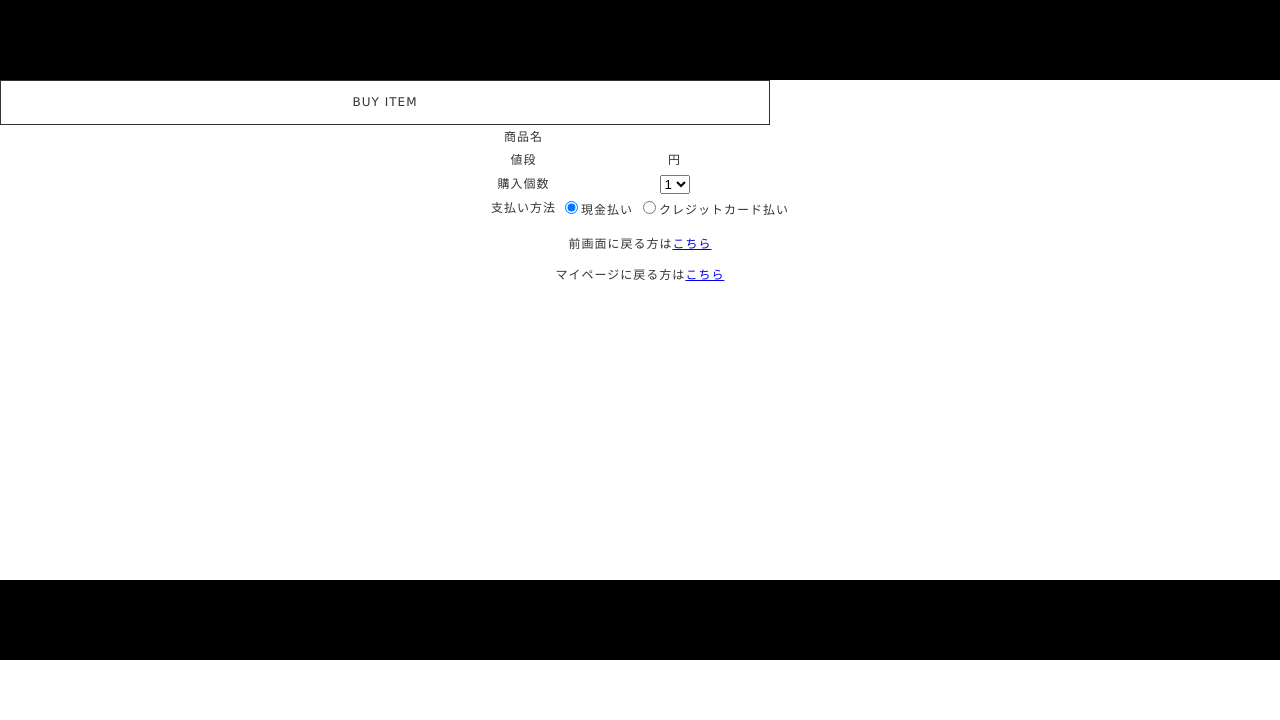
Repository: kf3225/backup
Page: http://localhost/ecsite/buyItem.jsp
An editor plug-in stored every save of this project. The page is shown before and after the next save, followed by the edit.
The browser window is 1280 px wide. The pictures show the whole page.
The page is served by Tomcat 9. Other server files are loaded and not shown.

Above is the page before, as saved 2018-01-24 07:35:52.

### ecsite/WebContent/buyItem.jsp
<%@ page language="java" contentType="text/html; charset=UTF-8"
    pageEncoding="UTF-8"%>
<%@ taglib prefix="s" uri="/struts-tags" %>
<!DOCTYPE html PUBLIC "-//W3C//DTD HTML 4.01 Transitional//EN" "http://www.w3.org/TR/html4/loose.dtd">
<html>
<head>
<meta http-equiv="Content-Type" content="text/html; charset=UTF-8"/>
<meta http-equiv="Content-Style-Type" content="text/css"/>
<meta http-equiv="Content-Script-Type" content="javascript"/>
<meta http-equiv="imagetoolbar" content="no"/>
<meta name="description" content=""/>
<meta name="keywords" content=""/>

<style type="text/css">

/* ===== TAG LAYOUT ===== */
body {
	margin:0;
	padding:0;
	line-height:1.6;
	letter-spacing:1px;
	font-family:Verdana, Helvetica, sans-serif;
	font-size:12px;
	color:#333;
	background-color:#fff;
}

table {
	text-align:center;
	margin:0 auto;
}

/* ===== ID LAYOUT ===== */
#top {
	width:60%;
	text-align:center;
	border:1px solid #333;
}

#header {
	width:100%;
	height:80px;
	background-color:black;
}

#main {
	width:100%;
	height:500px;
	background-color:#fff;
	text-align:center;
}

#footer {
	width:100%;
	height:80px;
	background-color:black;
	clear:both;
}

</style>

<title>BUY ITEM</title>
</head>
<body>
	<div id="header">
		<div id="pr"></div>
	</div>

	<div id="main">
		<div id="top"><p>BUY ITEM</p></div>
		<div>
			<s:form action="BuyItemAction">
			<table>
				<tr>
					<td><span>商品名</span></td>
					<td><s:property value="session.buyItem_name" /><br></td>
				</tr>
				<tr>
					<td><span>値段</span></td>
					<td><s:property value="session.buyItem_price" /><span>円</span></td>
				</tr>
				<tr>
					<td><span>購入個数</span></td>
					<td>
					<select name="count">
						<option value="1" selected="selected">1</option>
						<option value="2">2</option>
						<option value="3">3</option>
						<option value="4">4</option>
						<option value="5">5</option>
					</select>
					</td>
				</tr>
				<tr>
					<td><span>支払い方法</span></td>
					<td>
						<input type="radio" name="pay" value="1" checked="checked">現金払い
						<input type="radio" name="pay" value="2">クレジットカード払い
					</td>
				</tr>
			</table>
			</s:form>
			<div>
				<p>前画面に戻る方は<a href='<s:url action="GoHomeAction" />'>こちら</a></p>
				<p>マイページに戻る方は<a href='<s:url action="MyPageAction" />'>こちら</a></p>
			</div>
		</div>
	</div>

	<div id="footer">
		<div id="pr"></div>
	</div>
</body>
</html>

After the next save:
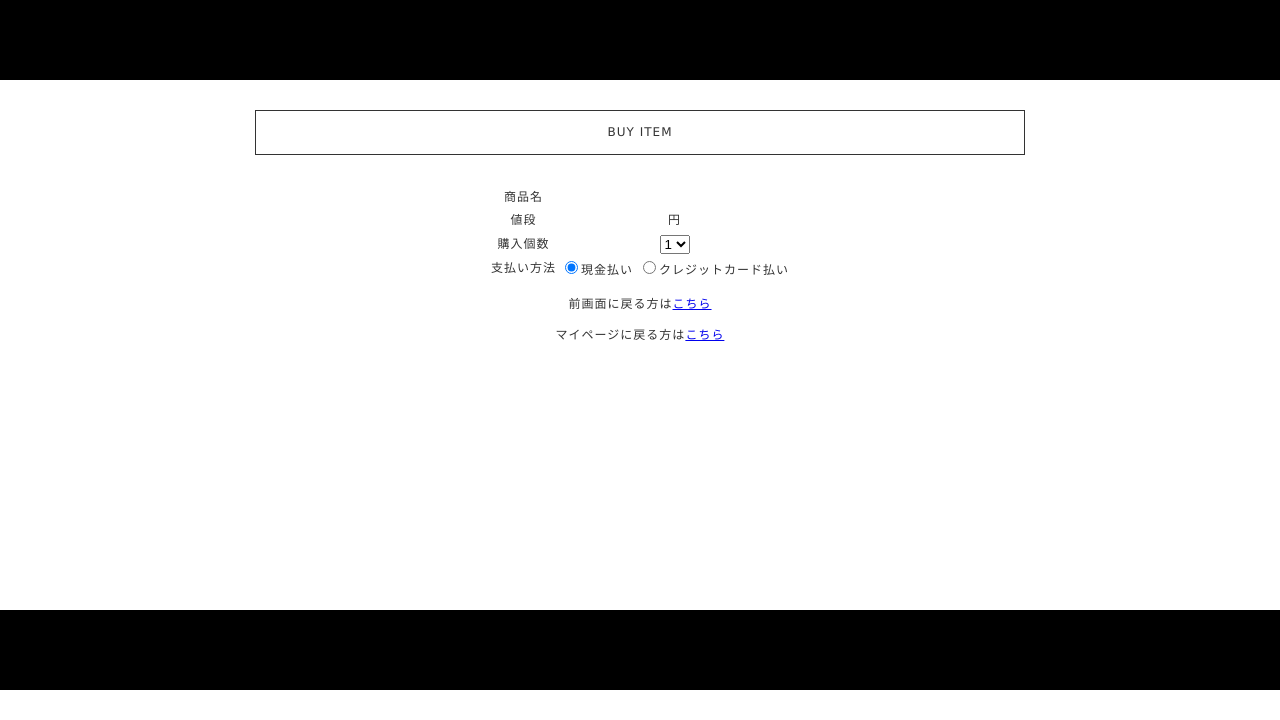
Saved 18 s later.
--- a/ecsite/WebContent/buyItem.jsp
+++ b/ecsite/WebContent/buyItem.jsp
@@ -33,6 +33,7 @@ table {
 /* ===== ID LAYOUT ===== */
 #top {
 	width:60%;
+	margin:30px auto;
 	text-align:center;
 	border:1px solid #333;
 }
